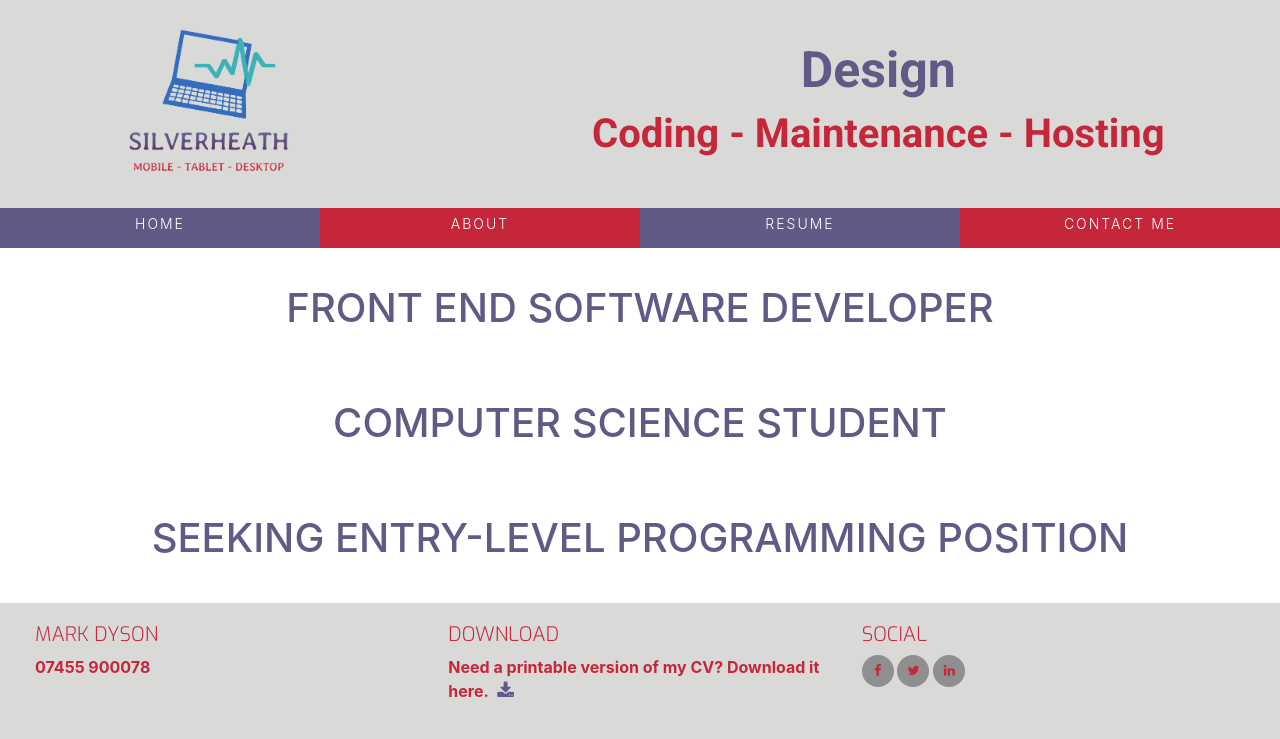
Repository: Code-Institute-Submissions/silverheath
Page: index.html
The author's editor kept a record of every edit. The page is drawn from the files as they stood at one moment, then again after the next edit.
The browser window is 1280 px wide. The pictures show the whole page.
Some web libraries are served in a nearby version.

Above is the page before.

After the next edit:
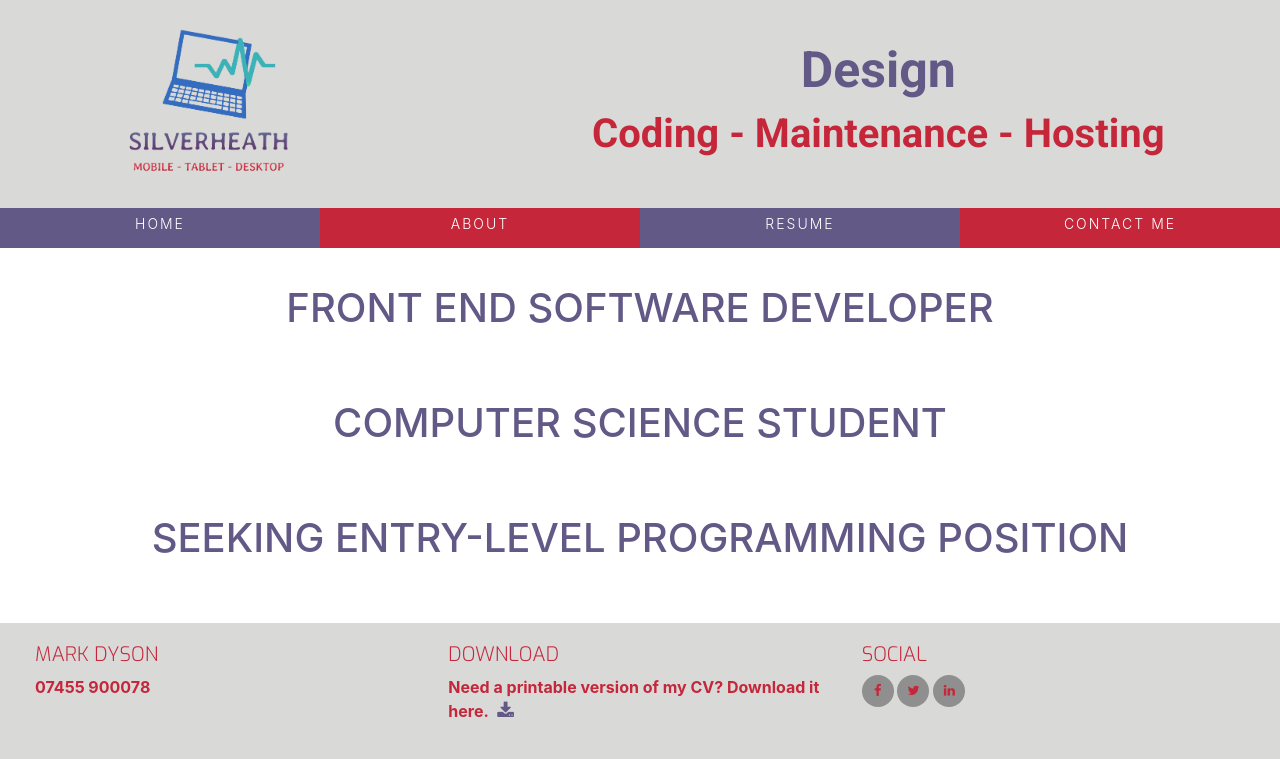
The edit:
--- a/assets/css/style.css
+++ b/assets/css/style.css
@@ -233,7 +233,7 @@
 
 .bottomline {
     padding-top: 10px;
-    padding-bottom: 10px;
+    padding-bottom: 30px;
     margin-bottom: 15px;
     margin-left: 200;
     text-align: center;
